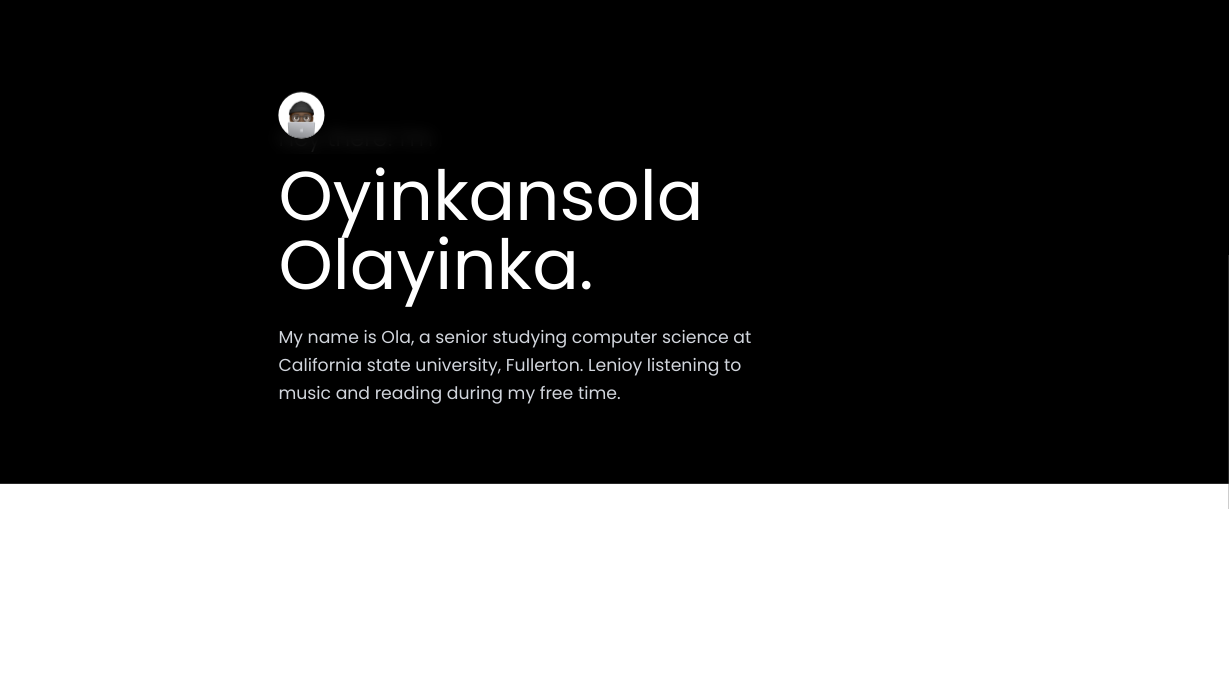
Repository: olasores/olasores-portfolio
Page: /
An editor plug-in stored every save of this project. The page is shown before and after the next save, followed by the edit.
The browser window is 1280 px wide. The pictures show the whole page, at 96% of full size.
The project was rebuilt for these pictures with package versions that can differ from the ones it lists, and the page was loaded fresh each time. The framework's server and built-in components were replaced by stand-ins that run in the browser. Also part of the build but not shown: next.config.ts.

Above is the page before, as saved 2025-11-11 12:50:14.

After the next save:
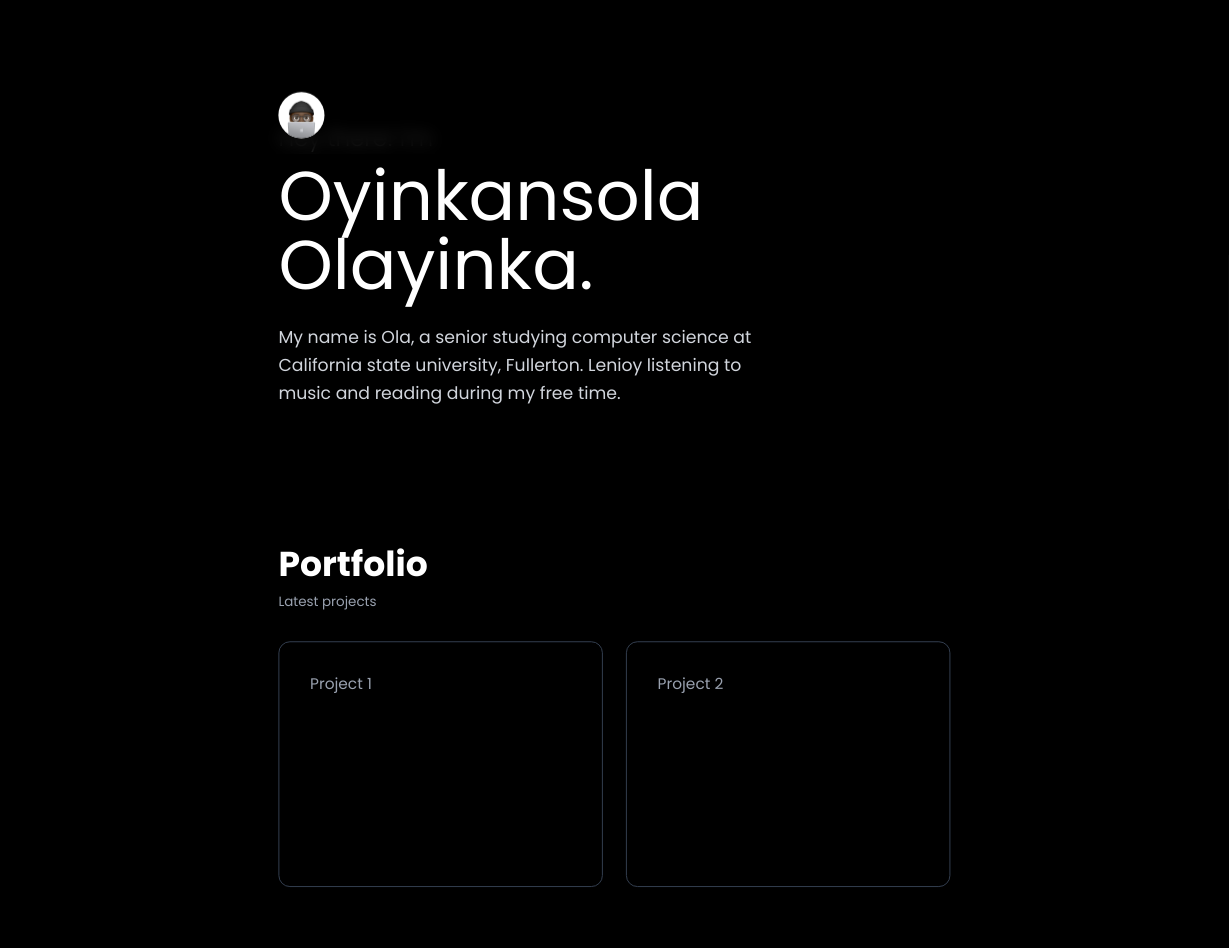
Saved 7 s later.
--- a/app/components/Portfolio.tsx
+++ b/app/components/Portfolio.tsx
@@ -1,8 +1,30 @@
 export default function Portfolio() {
     return (
-        <div>
+        <div className="flex justify-center bg-black font-sans dark:bg-black px-6 py-16">
+            <div className="max-w-[700px] w-full flex flex-col gap-8">
+                {/* Section Title */}
+                <div>
+                    <h2 className="text-3xl md:text-4xl font-bold text-white mb-2">
+                        Portfolio
+                    </h2>
+                    <p className="text-gray-400 text-sm">
+                        Latest projects
+                    </p>
+                </div>
 
+                {/* Projects Grid */}
+                <div className="grid grid-cols-1 md:grid-cols-2 gap-6">
+                    {/* Project Card 1 */}
+                    <div className="border border-gray-700 rounded-xl p-8 min-h-64 hover:border-gray-500 transition">
+                        <div className="text-gray-400">Project 1</div>
+                    </div>
+
+                    {/* Project Card 2 */}
+                    <div className="border border-gray-700 rounded-xl p-8 min-h-64 hover:border-gray-500 transition">
+                        <div className="text-gray-400">Project 2</div>
+                    </div>
+                </div>
+            </div>
         </div>
-
     );
 }

After the save that followed:
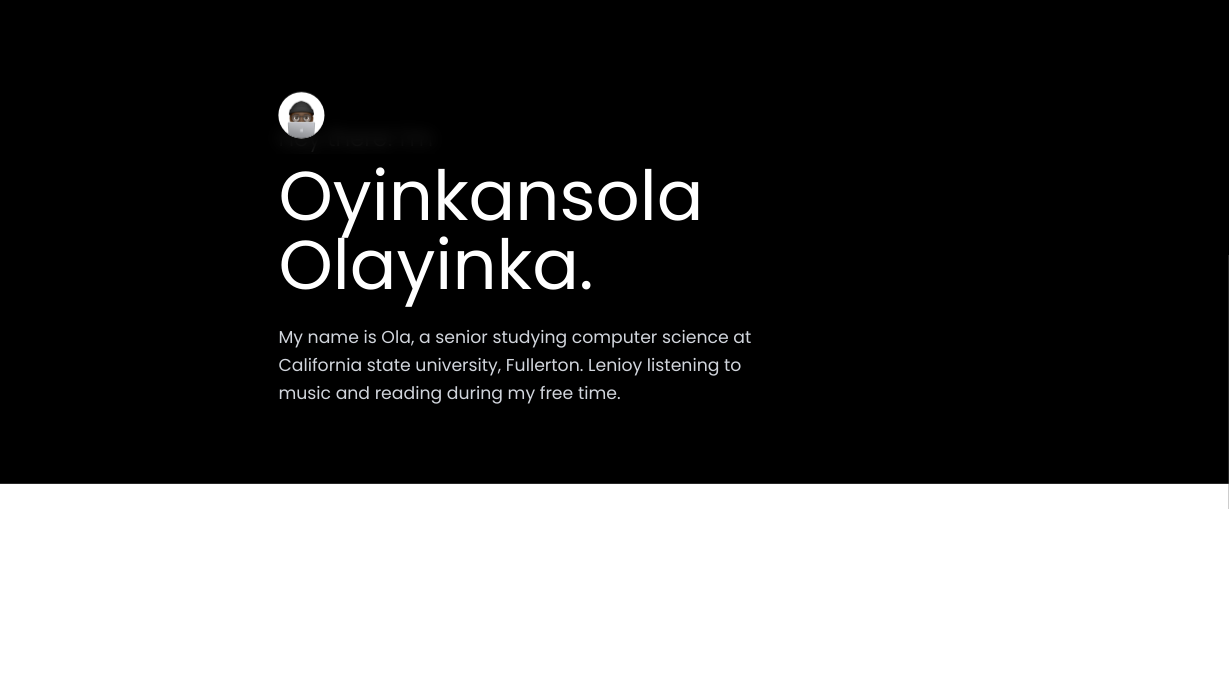
Saved 23 s later.
--- a/app/components/Portfolio.tsx
+++ b/app/components/Portfolio.tsx
@@ -1,30 +1,8 @@
 export default function Portfolio() {
     return (
-        <div className="flex justify-center bg-black font-sans dark:bg-black px-6 py-16">
-            <div className="max-w-[700px] w-full flex flex-col gap-8">
-                {/* Section Title */}
-                <div>
-                    <h2 className="text-3xl md:text-4xl font-bold text-white mb-2">
-                        Portfolio
-                    </h2>
-                    <p className="text-gray-400 text-sm">
-                        Latest projects
-                    </p>
-                </div>
+        <div>
 
-                {/* Projects Grid */}
-                <div className="grid grid-cols-1 md:grid-cols-2 gap-6">
-                    {/* Project Card 1 */}
-                    <div className="border border-gray-700 rounded-xl p-8 min-h-64 hover:border-gray-500 transition">
-                        <div className="text-gray-400">Project 1</div>
-                    </div>
+        </div>
 
-                    {/* Project Card 2 */}
-                    <div className="border border-gray-700 rounded-xl p-8 min-h-64 hover:border-gray-500 transition">
-                        <div className="text-gray-400">Project 2</div>
-                    </div>
-                </div>
-            </div>
-        </div>
     );
 }
